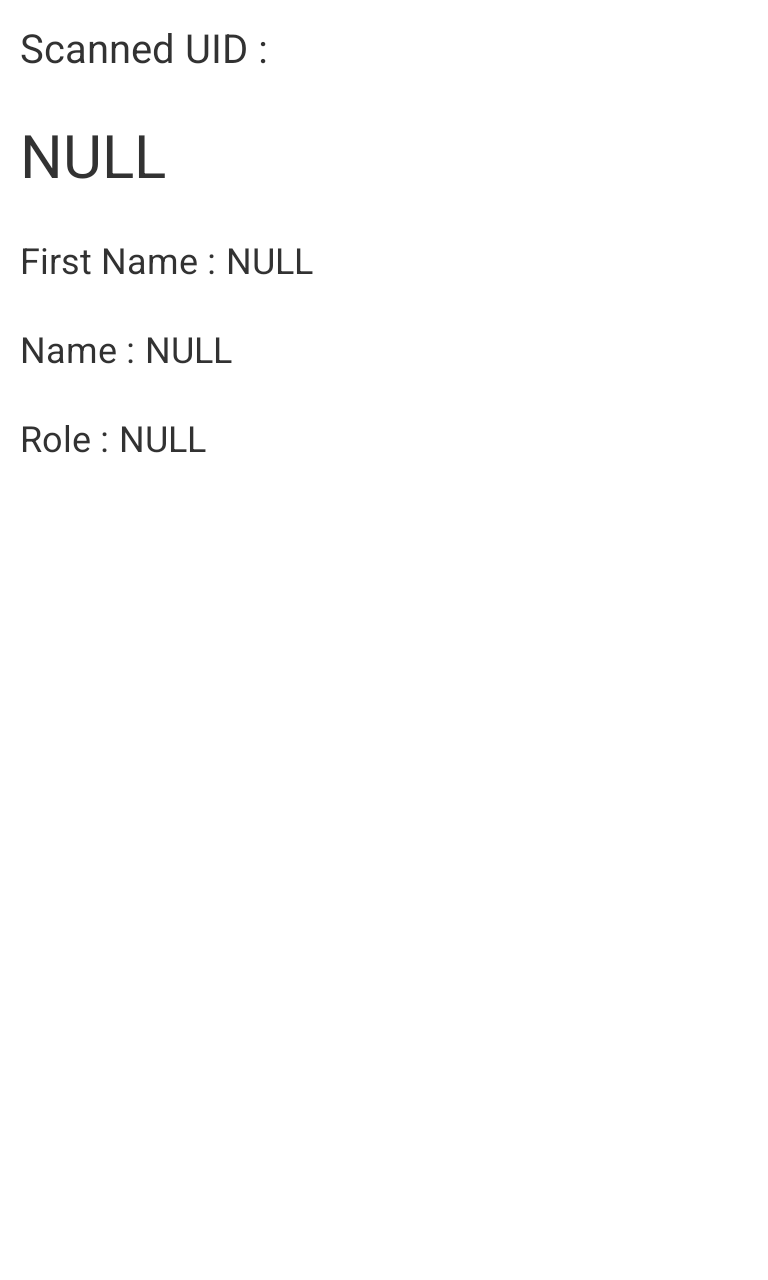
Repository: LennoxAlexion/UID
Layout: Android App/Uid-Project/res/layout/activity_qr_result.xml
The author's editor kept a copy of each file at every save. The layout is drawn from the files as they stood at one save, then again after the next save.
It is drawn on a 768 x 1280 px phone screen (xhdpi) without system bars, with theme AppTheme; the app's code is not run.

Above is the layout before, as saved 2015-03-29 07:01:34.

After the next save:
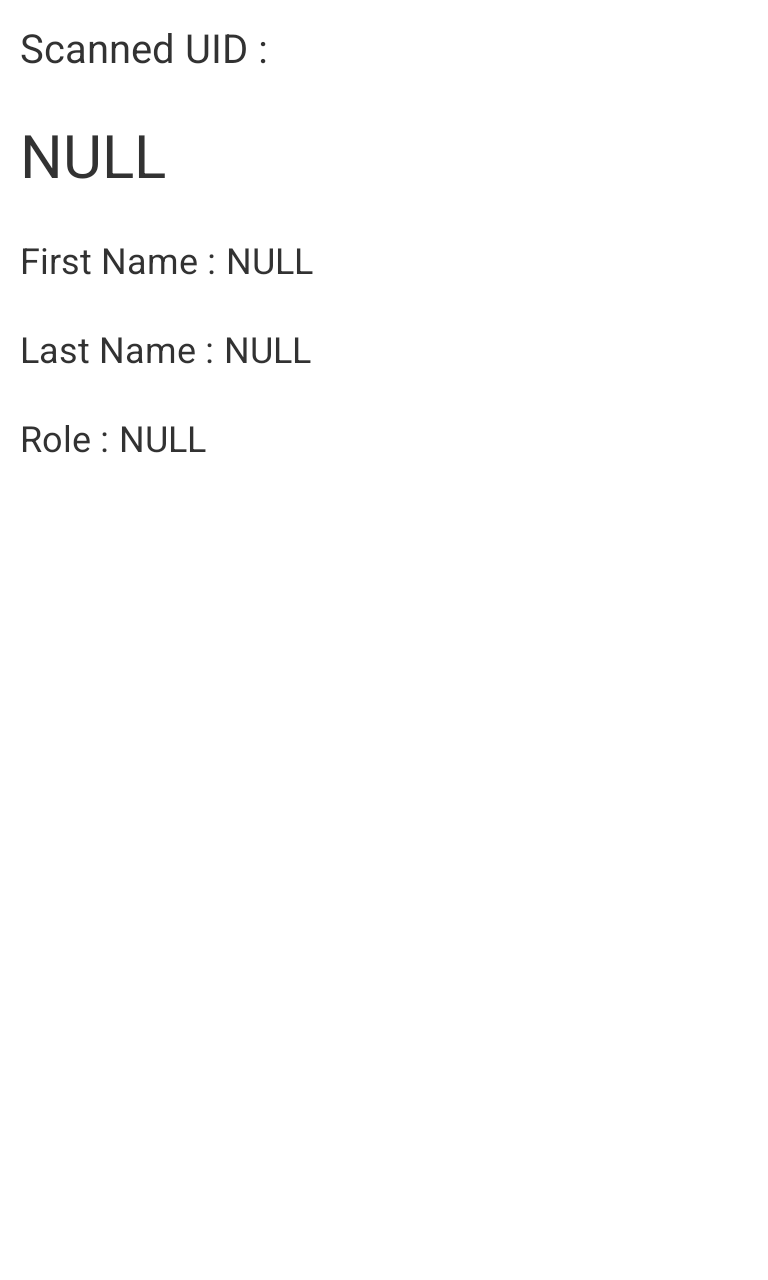
Saved 37 s later.
--- a/Android App/Uid-Project/res/layout/activity_qr_result.xml
+++ b/Android App/Uid-Project/res/layout/activity_qr_result.xml
@@ -53,11 +53,11 @@
         <TextView
             android:layout_width="wrap_content"
             android:layout_height="wrap_content"
-            android:text="Name :"
+            android:text="Last Name :"
             android:textSize="18dp" />
 
         <TextView
-            android:id="@+id/TextView_Name"
+            android:id="@+id/TextView_qr_result_LastName"
             android:layout_width="wrap_content"
             android:layout_height="wrap_content"
             android:layout_marginLeft="5dp"
